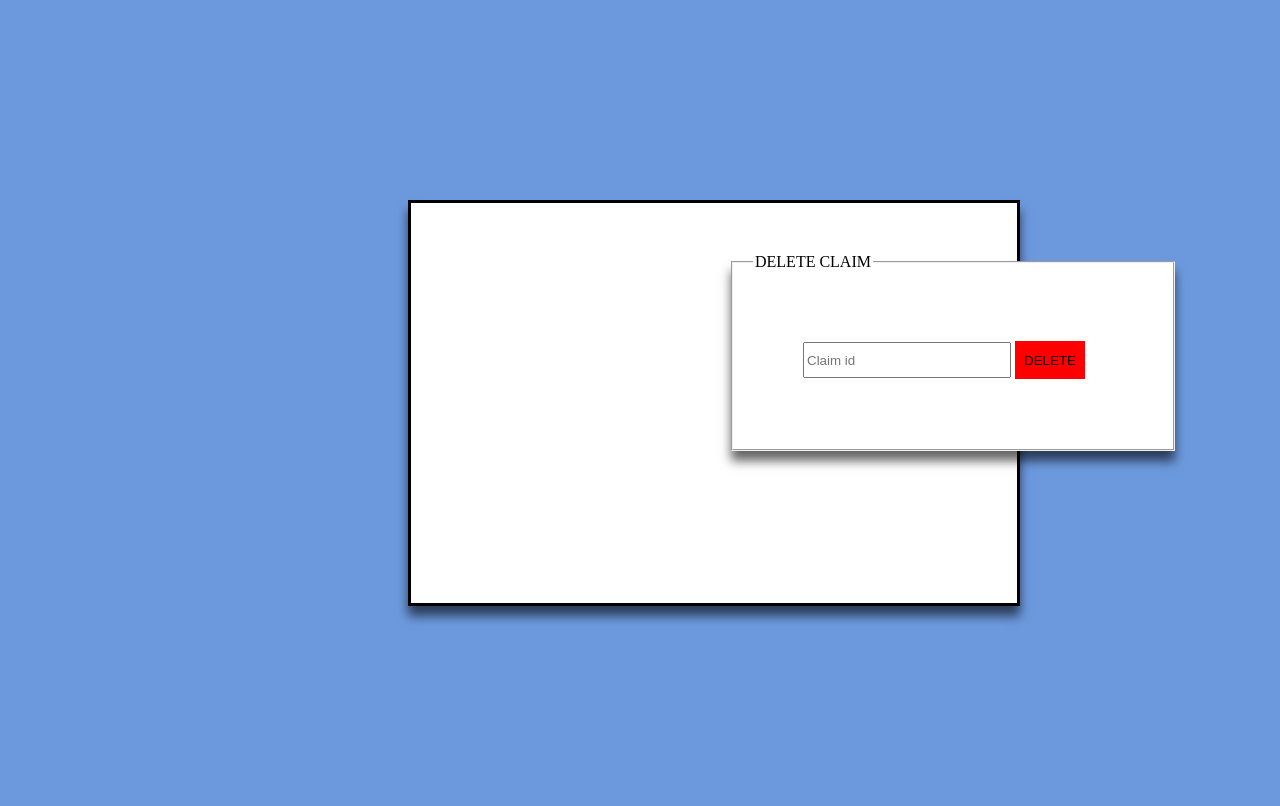
Repository: Nihara-R/Vehicle-Insurance-Portal
Page: http://localhost/delete_claim.php
The author's editor kept a copy of each file at every save. The page is drawn from the files as they stood at one save, then again after the next save.
The browser window is 1280 px wide. The pictures show the whole page.
The page is run by PHP 8.4 with error messages shown; the project is at /var/www/html/.

Above is the page before, as saved 2023-06-29 09:04:10.

### delete_claim.php
<!DOCTYPE html>
<html lang="en" dir="ltr">
  <head>
    <meta charset="utf-8">
    <title></title>
    <link rel="stylesheet" href="css/deletuser.css">
  </head>
  <body>
    <div class="deletebox">
    <fieldset>
<legend>DELETE CLAIM</legend>

    <form class="" action="include/delet_claim.inc.php" method="post">

      <input type="text" name="id" value="" placeholder="Claim id" class="textbox">

      <input type="submit" name="submit" value="DELETE" class="button">

</fieldset>
</div>
    </form>

  </body>
</html>

### css/deletuser.css
body{
  background: #6C99DE;
}
form{
margin: 50px;
}
.deletebox{
  margin: 200px;
  margin-left: 400px;
  padding: 50px;
  height: 300px;
  border: 3px solid black;
  background-color: white;
  box-shadow: 0 10px 10px rgba(0,0, 0, 0.60);
  width: 40%;
}
fieldset{
  width: 400px;
  padding: 20px;
  align-items: center;
  justify-content: center;
  margin-left: 270px;

  box-shadow: 0 10px 10px rgba(0,0, 0, 0.60);
  background: white;
}
.button{
  background: red;
  height: 38px;
  width: 70px;
  border: none;
}
.textbox{
  height: 30px;
  width: 200px;

}

After the next save:
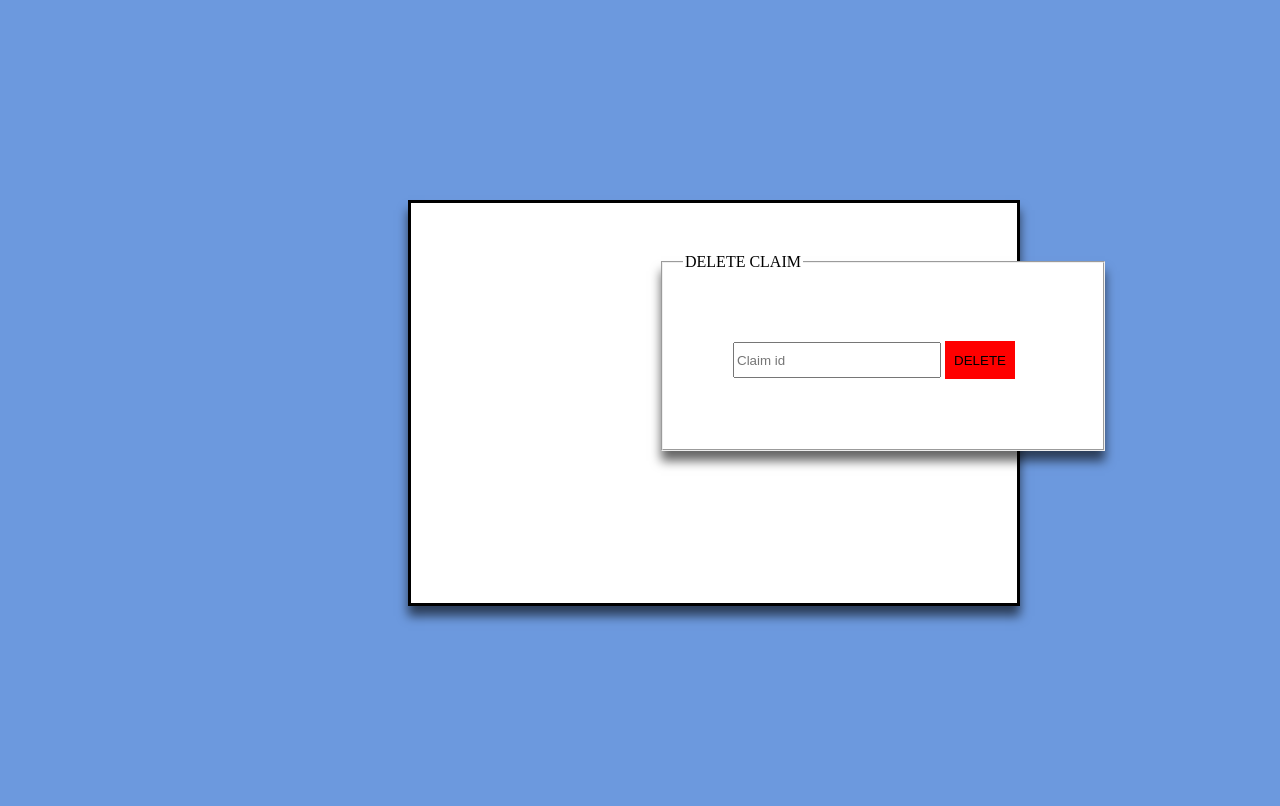
Saved 19 s later.
--- a/css/deletuser.css
+++ b/css/deletuser.css
@@ -19,7 +19,7 @@ fieldset{
   padding: 20px;
   align-items: center;
   justify-content: center;
-  margin-left: 270px;
+  margin-left: 200px;
 
   box-shadow: 0 10px 10px rgba(0,0, 0, 0.60);
   background: white;
